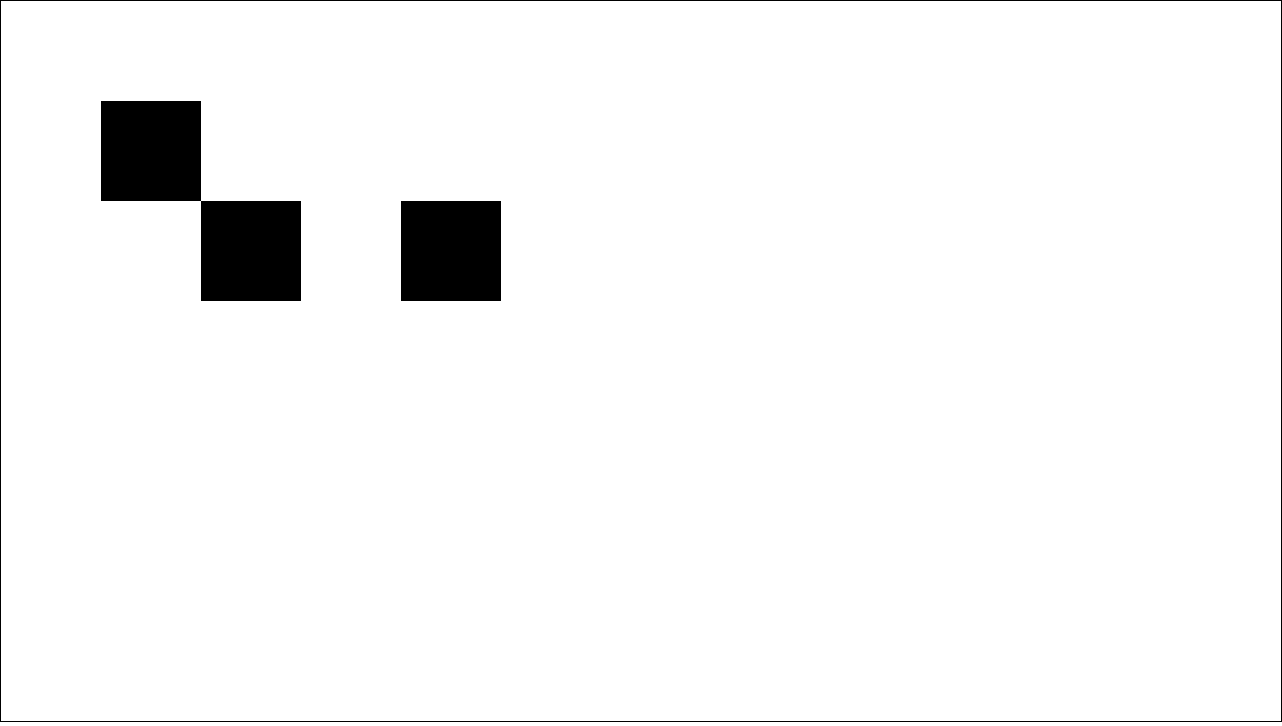
Repository: badhon252/Javascript-practice
Page: 1projects/JavaScript30/08 - Fun with HTML5 Canvas/index-START.html
The author's editor kept a copy of each file at every save. The page is drawn from the files as they stood at one save, then again after the next save.
The browser window is 1280 px wide. The page is 1282 px wide, so the pictures cover 1282 px, including what lies to the right of the window. The pictures show the whole page.

Above is the page before, as saved 2022-12-02 23:33:51.

### 1projects/JavaScript30/08 - Fun with HTML5 Canvas/index-START.html
<!DOCTYPE html>
<html lang="en">

<head>
    <meta charset="UTF-8">
    <title>HTML5 Canvas</title>
</head>

<body>
    <canvas id="draw" width="800" height="800"></canvas>
    <script>
    </script>

    <style>
        html,
        body {
            margin: 0;
            padding: 0;
        }

        #draw {
            border: 1px solid black;
        }
    </style>

    <script>
        console.log("first")
        const canvas = document.querySelector("#draw");
        const ctx = canvas.getContext("2d")

        canvas.width = window.innerWidth;
        canvas.height = window.innerHeight;

        // ctx.fillRect(x, y, width, height)
        ctx.fillRect(100, 100, 100, 100);
        ctx.fillRect(200, 200, 100, 100);
        ctx.fillRect(400, 200, 100, 100);
    </script>
</body>

</html>

After the next save:
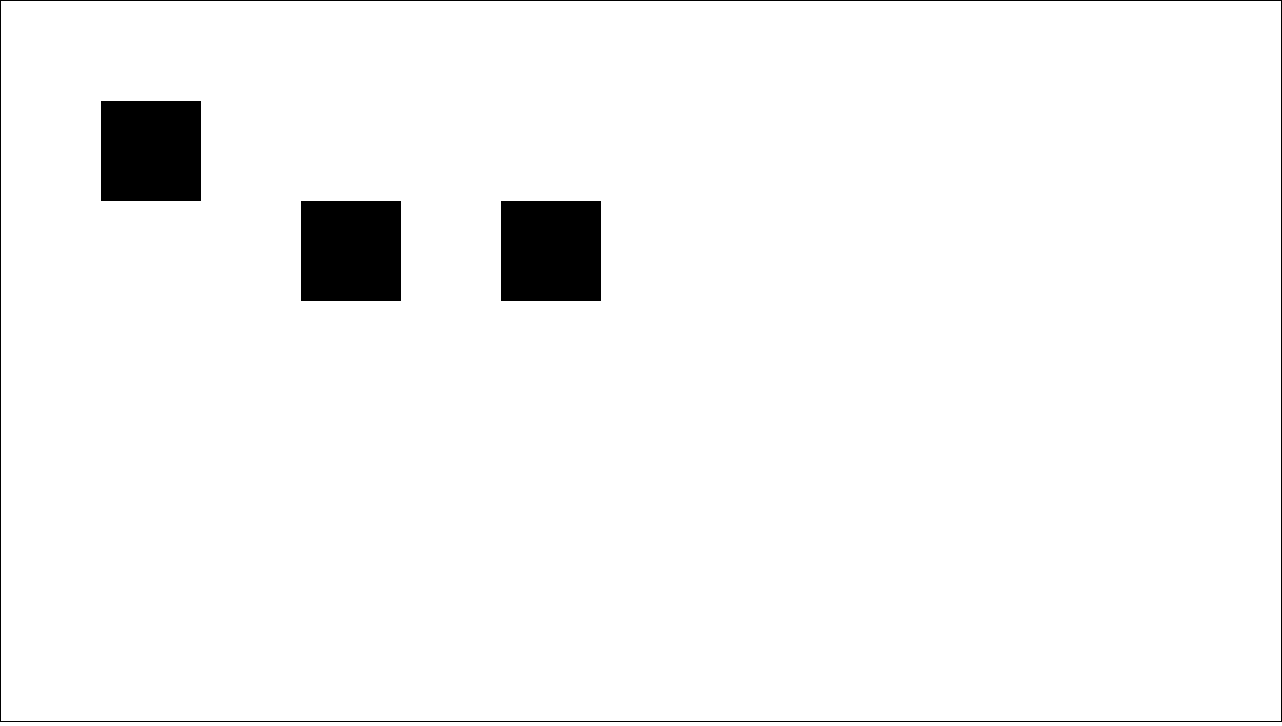
Saved 7 s later.
--- a/1projects/JavaScript30/08 - Fun with HTML5 Canvas/index-START.html
+++ b/1projects/JavaScript30/08 - Fun with HTML5 Canvas/index-START.html
@@ -33,8 +33,8 @@
 
         // ctx.fillRect(x, y, width, height)
         ctx.fillRect(100, 100, 100, 100);
-        ctx.fillRect(200, 200, 100, 100);
-        ctx.fillRect(400, 200, 100, 100);
+        ctx.fillRect(300, 200, 100, 100);
+        ctx.fillRect(500, 200, 100, 100);
     </script>
 </body>
 
